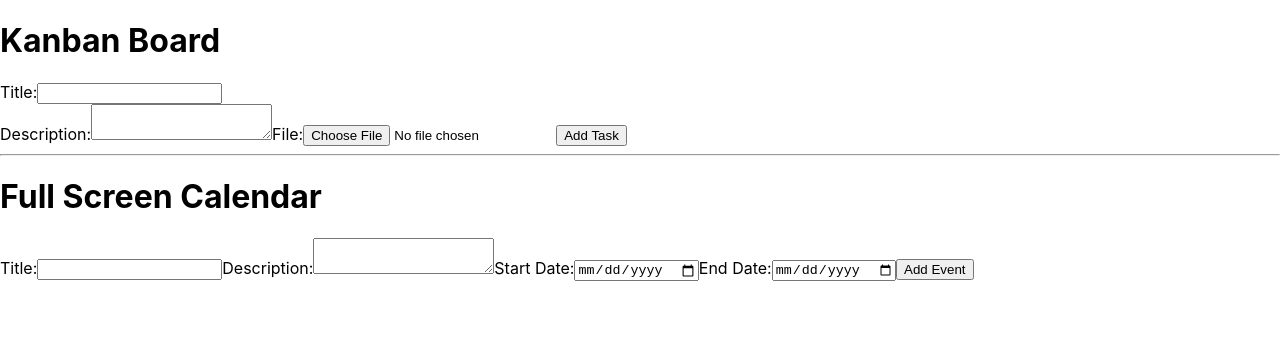
Repository: iDev07/test-app-bank
Page: / (app in test-bank-app/)
These files come from the project's save history. The page is drawn as it stood at one moment and after the next save; the edit follows.
The browser window is 1280 px wide. The pictures show the whole page.
The project was rebuilt for these pictures with package versions that can differ from the ones it lists, and the page was loaded fresh each time. Requests to the local data server were answered from the project's data file. Also part of the build but not shown: test-bank-app/src/App.css.

Above is the page before, as saved 2023-04-15 20:57:56.

### test-bank-app/src/App.js
import React, { useState, useEffect } from "react";
import axios from "axios";
import "./App.css";
const KanbanBoard = () => {
  const [tasks, setTasks] = useState([]);
  const [newTask, setNewTask] = useState({
    title: "",
    description: "",
    file: "",
  });

  const fetchTasks = async () => {
    try {
      const response = await axios.get("http://localhost:3000/tasks");
      setTasks(response.data);
    } catch (error) {
      console.error(error);
    }
  };

  useEffect(() => {
    fetchTasks();
  }, []);

  const createTask = async (newTask) => {
    try {
      const response = await axios.post("http://localhost:3000/tasks", newTask);
      console.log(response.data);
      // add the new task to the state
      setTasks([...tasks, response.data]);
    } catch (error) {
      console.error(error);
    }
  };

  const deleteTask = async (taskId) => {
    try {
      await axios.delete(`http://localhost:3000/tasks/${taskId}`);
      // remove the task from the state
      setTasks(tasks.filter((task) => task.id !== taskId));
    } catch (error) {
      console.error(error);
    }
  };

  const handleSubmit = (event) => {
    event.preventDefault();
    createTask(newTask);
    // reset the form
    setNewTask({ title: "", description: "", file: "" });
  };

  return (
    <div className="kanban-board">
      <form onSubmit={handleSubmit}>
        <div className="title">
          <label>
            Title:
            <input
              type="text"
              value={newTask.title}
              onChange={(event) =>
                setNewTask({ ...newTask, title: event.target.value })
              }
              required
            />
          </label>
        </div>
        <label>
          Description:
          <textarea
            value={newTask.description}
            onChange={(event) =>
              setNewTask({ ...newTask, description: event.target.value })
            }
            required
          />
        </label>
        <label>
          File:
          <input
            type="file"
            onChange={(event) =>
              setNewTask({
                ...newTask,
                file: URL.createObjectURL(event.target.files[0]),
              })
            }
          />
        </label>
        <button type="submit">Add Task</button>
      </form>
      {tasks.map((task) => (
        <div key={task.id}>
          <h2>{task.title}</h2>
          <p>{task.description}</p>
          {task.file && <img src={task.file} alt={task.title} />}
          <button onClick={() => deleteTask(task.id)}>Delete</button>
        </div>
      ))}
    </div>
  );
};

const FullScreenCalendar = () => {
  const [events, setEvents] = useState([]);
  const [newEvent, setNewEvent] = useState({
    title: "",
    description: "",
    start: "",
    end: "",
  });

  const fetchEvents = async () => {
    try {
      const response = await axios.get("http://localhost:3000/events");
      setEvents(response.data);
    } catch (error) {
      console.error(error);
    }
  };

  useEffect(() => {
    fetchEvents();
  }, []);

  const createEvent = async (newEvent) => {
    try {
      const response = await axios.post(
        "http://localhost:3000/events",
        newEvent
      );
      console.log(response.data);
      // add the // new event to the state
      setEvents([...events, response.data]);
    } catch (error) {
      console.error(error);
    }
  };

  const deleteEvent = async (eventId) => {
    try {
      // eslint-disable-next-line no-template-curly-in-string
      await axios.delete(`http://localhost:3000/events/${eventId}`);

      // remove the event from the state
      setEvents(events.filter((event) => event.id !== eventId));
    } catch (error) {
      console.error(error);
    }
  };

  const handleSubmit = (event) => {
    event.preventDefault();
    createEvent(newEvent);
    // reset the form
    setNewEvent({ title: "", description: "", start: "", end: "" });
  };

  return (
    <div>
      <form onSubmit={handleSubmit}>
        <label>
          Title:
          <input
            type="text"
            value={newEvent.title}
            onChange={(event) =>
              setNewEvent({ ...newEvent, title: event.target.value })
            }
            required
          />
        </label>
        <label>
          Description:
          <textarea
            value={newEvent.description}
            onChange={(event) =>
              setNewEvent({ ...newEvent, description: event.target.value })
            }
            required
          />
        </label>
        <label>
          Start Date:
          <input
            type="date"
            value={newEvent.start}
            onChange={(event) =>
              setNewEvent({ ...newEvent, start: event.target.value })
            }
            required
          />
        </label>
        <label>
          End Date:
          <input
            type="date"
            value={newEvent.end}
            onChange={(event) =>
              setNewEvent({ ...newEvent, end: event.target.value })
            }
            required
          />
        </label>
        <button type="submit">Add Event</button>
      </form>
      {events.map((event) => (
        <div key={event.id}>
          <h2>{event.title}</h2>
          <p>{event.description}</p>
          <p>
            Start: {event.start} - End: {event.end}
          </p>
          <button onClick={() => deleteEvent(event.id)}>Delete</button>
        </div>
      ))}
    </div>
  );
};

const App = () => {
  return (
    <div>
      <h1>Kanban Board</h1>
      <KanbanBoard />
      <hr />
      <h1>Full Screen Calendar</h1>
      <FullScreenCalendar />
    </div>
  );
};

export default App;

### test-bank-app/db.json
{
  "tasks": [],
  "events": []
}

Loaded but not shown: test-bank-app/public/index.html (common file); test-bank-app/src/index.js (common file); test-bank-app/src/index.css (common file); test-bank-app/src/reportWebVitals.js (common file)

After the next save:
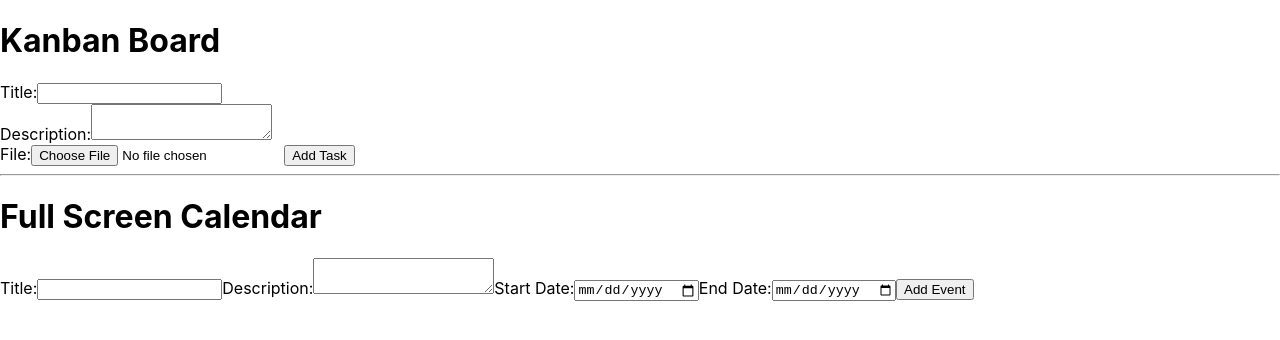
Saved 2 min 1 s later.
--- a/test-bank-app/src/App.js
+++ b/test-bank-app/src/App.js
@@ -66,16 +66,18 @@ const KanbanBoard = () => {
             />
           </label>
         </div>
-        <label>
-          Description:
-          <textarea
-            value={newTask.description}
-            onChange={(event) =>
-              setNewTask({ ...newTask, description: event.target.value })
-            }
-            required
-          />
-        </label>
+        <div className="description">
+          <label>
+            Description:
+            <textarea
+              value={newTask.description}
+              onChange={(event) =>
+                setNewTask({ ...newTask, description: event.target.value })
+              }
+              required
+            />
+          </label>
+        </div>
         <label>
           File:
           <input
